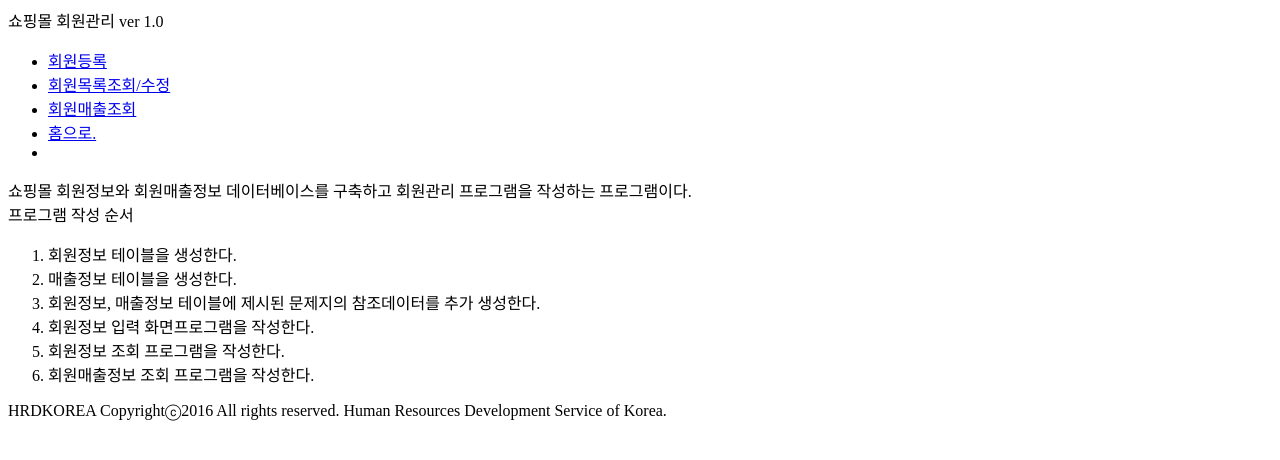
Repository: kayeunae/mvc-pattern
Page: http://localhost/HRD_1234/
An editor plug-in stored every save of this project. The page is shown before and after the next save, followed by the edit.
The browser window is 1280 px wide. The pictures show the whole page.
The page is served by Tomcat 9.

Above is the page before, as saved 2022-12-19 05:18:27.

After the next save:
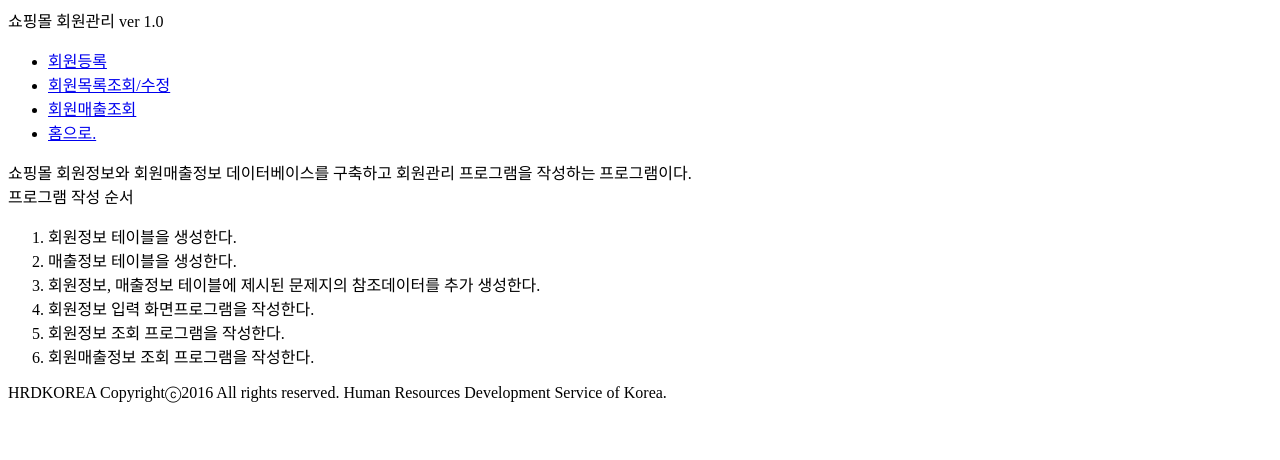
Saved 41 s later.
--- a/HRD_1234/src/main/webapp/topmenu.jsp
+++ b/HRD_1234/src/main/webapp/topmenu.jsp
@@ -14,7 +14,6 @@
 			<li><a href="add">회원목록조회/수정</a></li>
 			<li><a href="add">회원매출조회</a></li>
 			<li><a href="add">홈으로.</a></li>
-			<li><a href="add"></a></li>
 		</ul>
 	</nav>
 </body>
